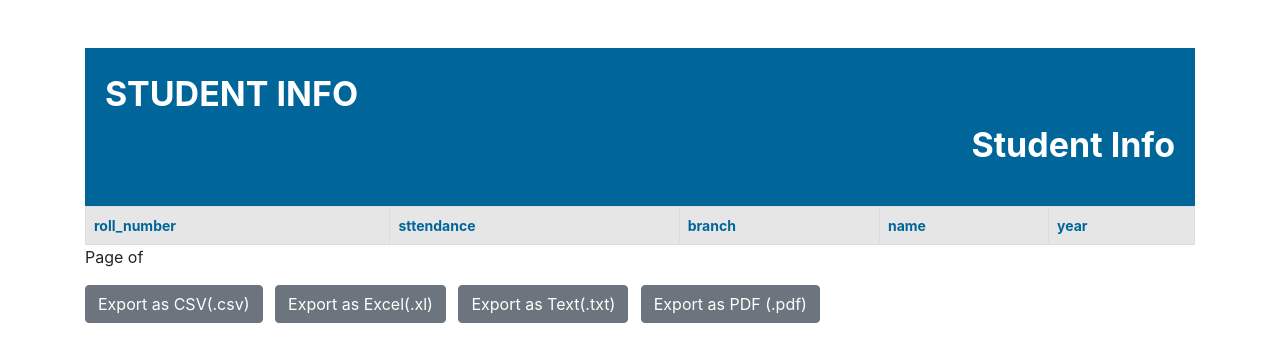
Repository: supranshu/CrystalReportGenerator
Page: http://localhost/produce_report
The author's editor kept a copy of each file at every save. The page is drawn from the files as they stood at one save, then again after the next save.
The browser window is 1280 px wide. The pictures show the whole page.
The page is this project's Thymeleaf template; nobody is signed in. The template is opened directly, without the code that normally fills it, so the values that code supplies are empty.

Above is the page before, as saved 2023-08-03 17:41:15.

After the next save:
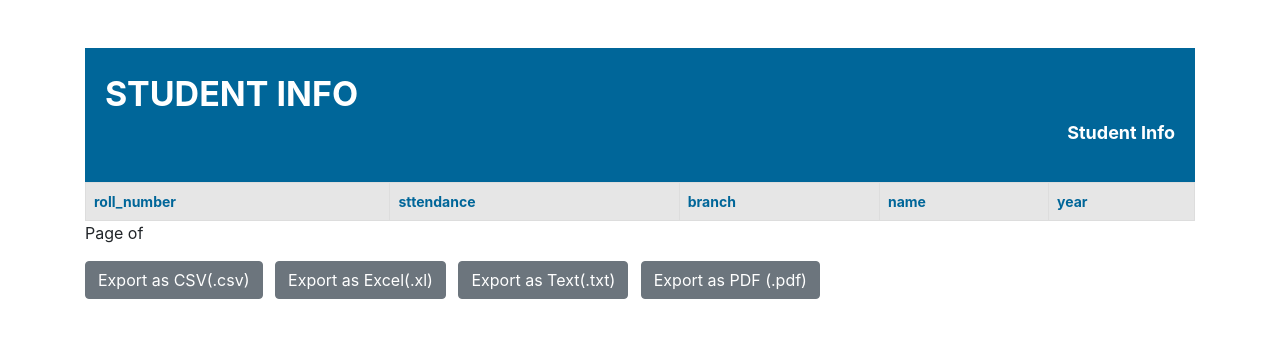
Saved 18 s later.
--- a/com.report/src/main/resources/templates/produce_report.html
+++ b/com.report/src/main/resources/templates/produce_report.html
@@ -40,6 +40,7 @@
         }
         .page-header p{
         	text-align: right;
+        	font-size: 18px;
         }
     </style>
 
